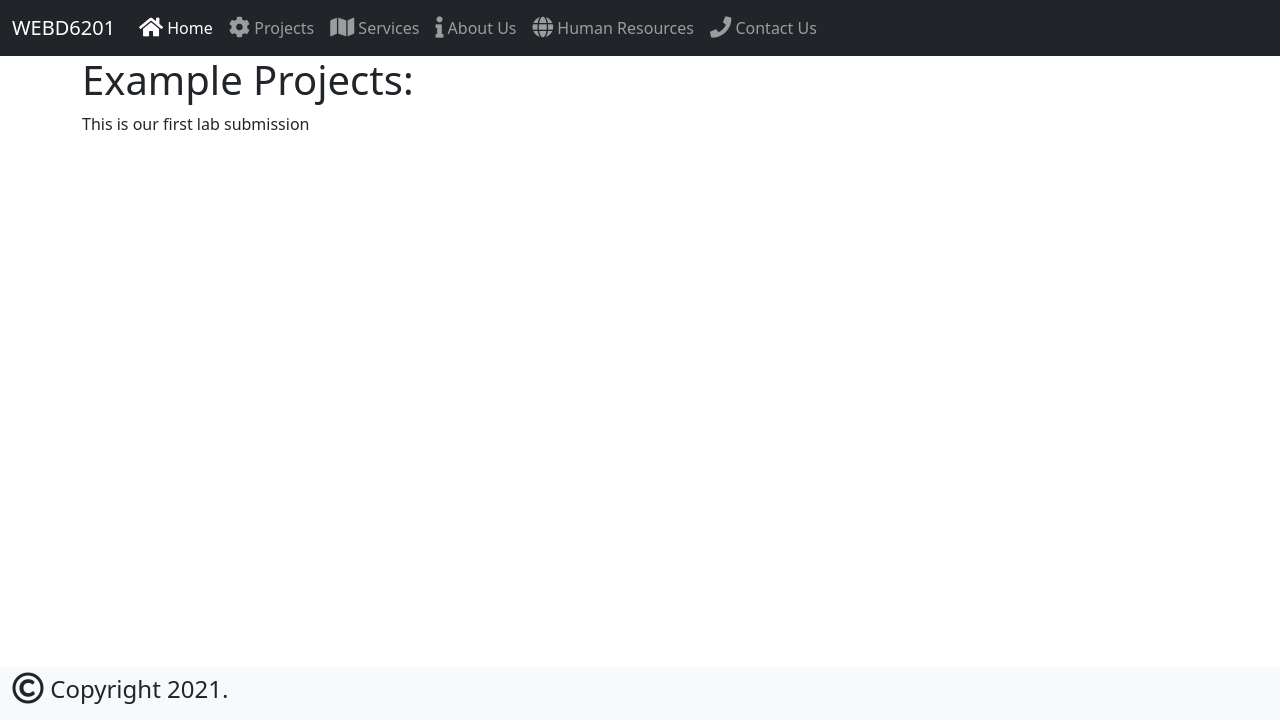
Repository: Sub4Sub/Lab_1
Page: products.html
An editor plug-in stored every save of this project. The page is shown before and after the next save, followed by the edit.
The browser window is 1280 px wide. The pictures show the whole page.

Above is the page before, as saved 2021-02-05 15:57:42.

After the next save:
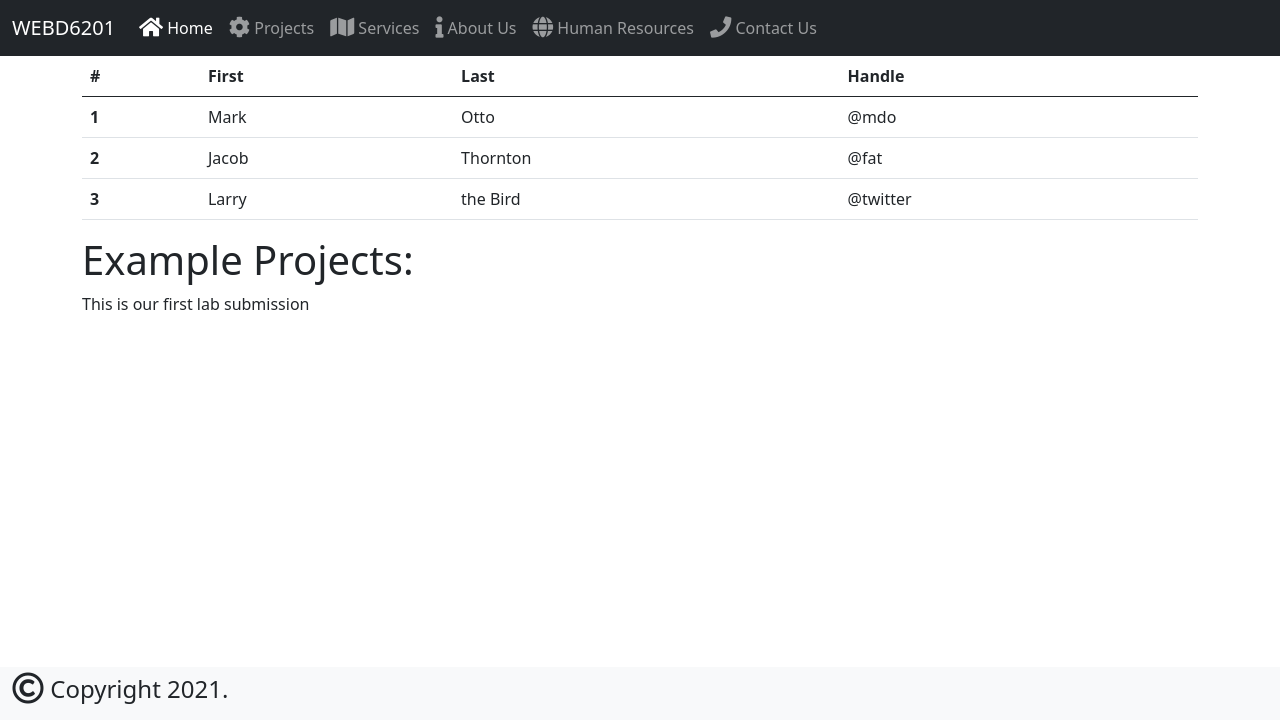
Saved 42 s later.
--- a/products.html
+++ b/products.html
@@ -14,6 +14,36 @@
 
     <!-- Main Content -->
     <main class="container">
+      <table class="table">
+        <thead>
+          <tr>
+            <th scope="col">#</th>
+            <th scope="col">First</th>
+            <th scope="col">Last</th>
+            <th scope="col">Handle</th>
+          </tr>
+        </thead>
+        <tbody>
+          <tr>
+            <th scope="row">1</th>
+            <td>Mark</td>
+            <td>Otto</td>
+            <td>@mdo</td>
+          </tr>
+          <tr>
+            <th scope="row">2</th>
+            <td>Jacob</td>
+            <td>Thornton</td>
+            <td>@fat</td>
+          </tr>
+          <tr>
+            <th scope="row">3</th>
+            <td>Larry</td>
+            <td>the Bird</td>
+            <td>@twitter</td>
+          </tr>
+        </tbody>
+      </table>
     </main>
 
 
